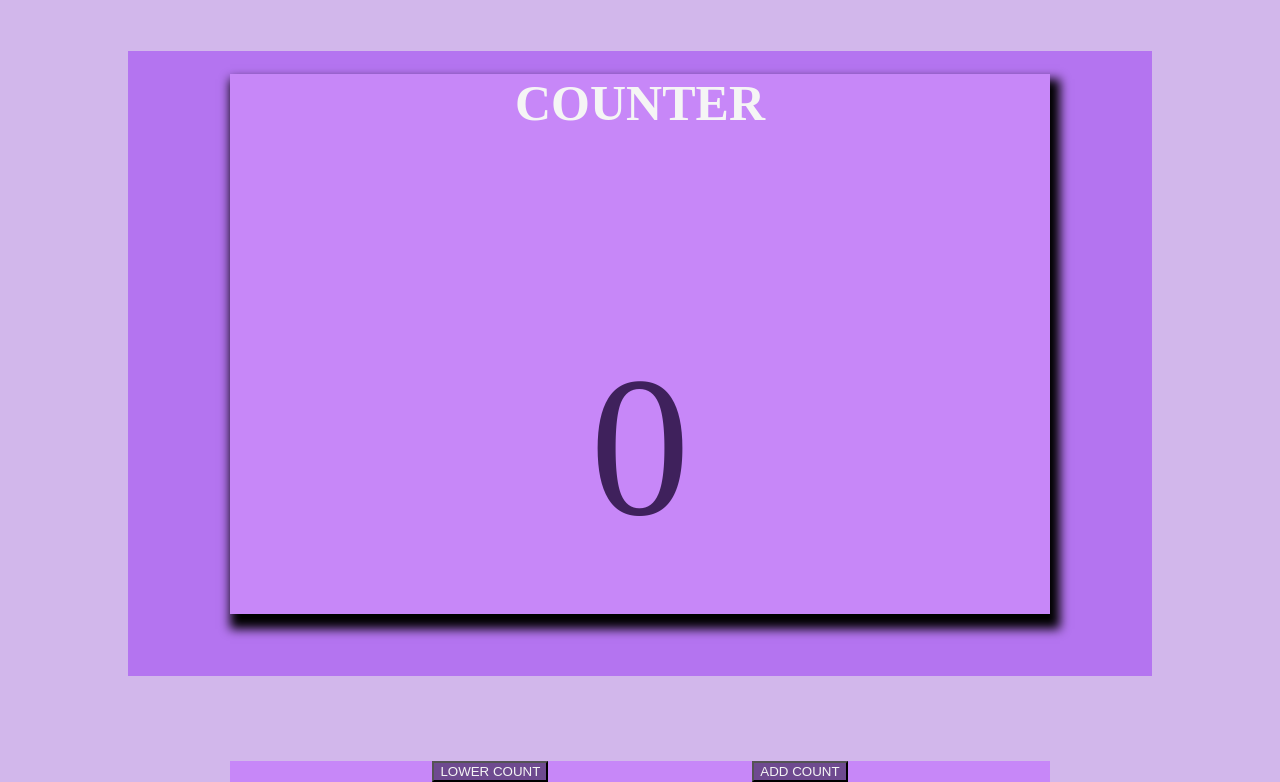
Repository: AnahitKhechumyan/Counter
Page: index.html
The author's editor kept a copy of each file at every save. The page is drawn from the files as they stood at one save, then again after the next save.
The browser window is 1280 px wide. The pictures show the whole page.

Above is the page before, as saved 2022-02-14 21:07:12.

After the next save:
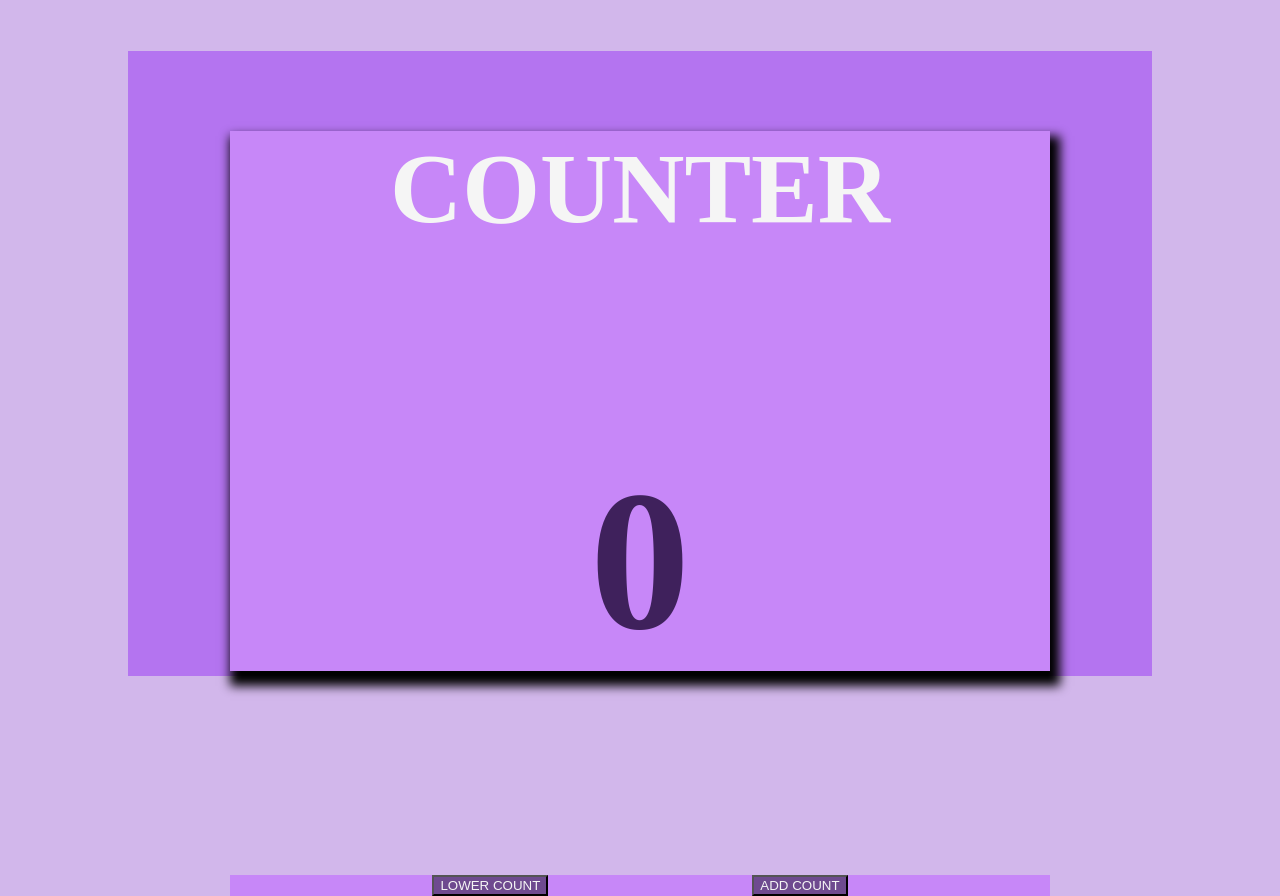
Saved 119 s later.
--- a/index.html
+++ b/index.html
@@ -9,9 +9,11 @@
 </head>
 <body>
     <div class="container">
-        <div class="main">
-            <div class="header">COUNTER</div>
+     <div class="main">
+            <div class="header">
+                <h1>COUNTER</h1>
             <p class= "counter">0</p>
+           </div>
             <div class = "change">
                  <button class ="decrement" type="button">LOWER COUNT</button>
                  <button class ="increment" type="button">ADD COUNT</button>
